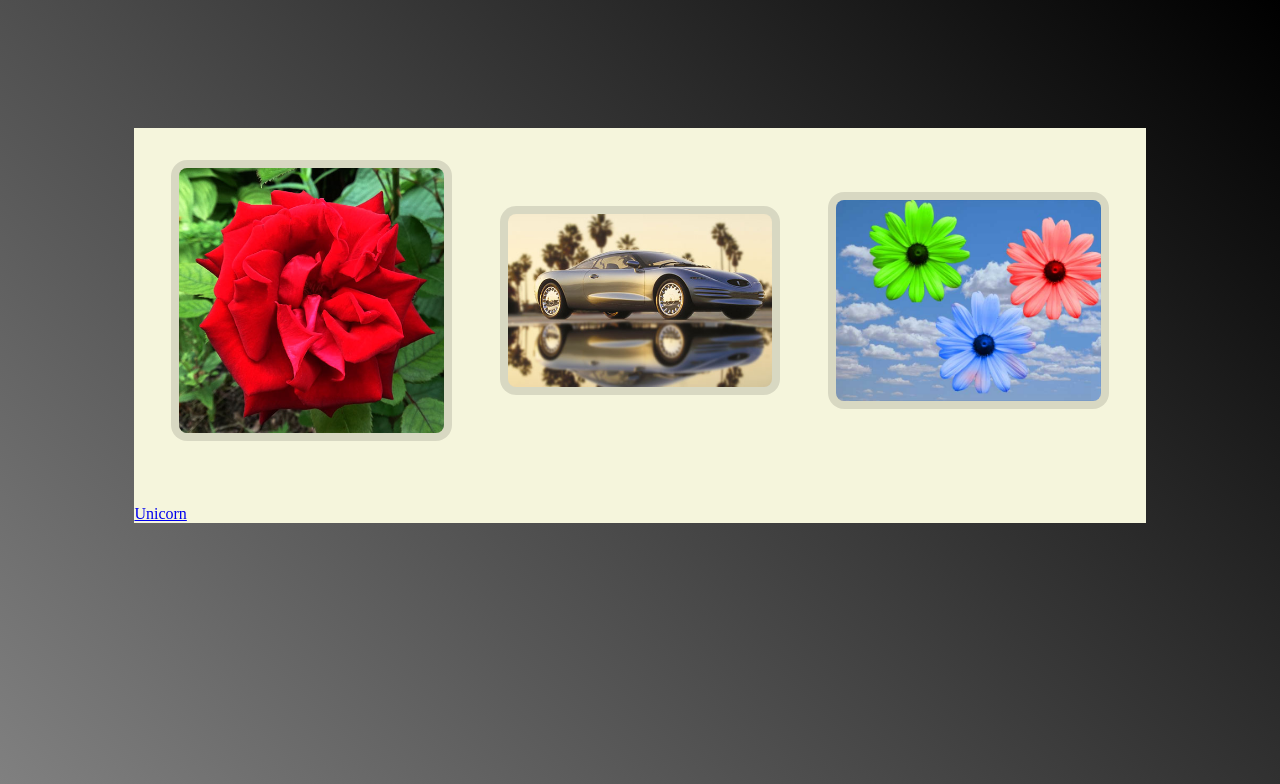
Repository: ViggoSkj/VGY
Page: ovningar/photoshopovning/photoshopovning.html
These files come from the project's save history. The page is drawn as it stood at one moment and after the next save; the edit follows.
The browser window is 1280 px wide. The pictures show the whole page.

Above is the page before, as saved 2022-11-27 12:11:49.

After the next save:
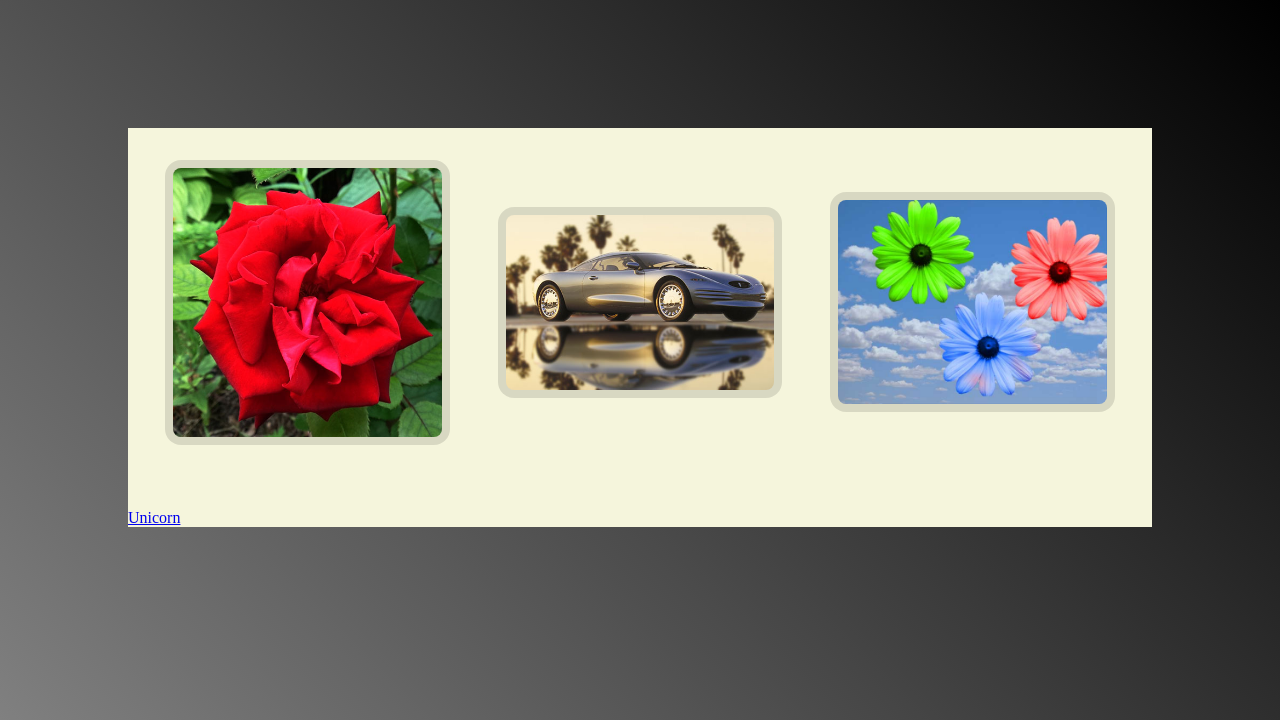
Saved 39 s later.
--- a/ovningar/photoshopovning/public/css/style.css
+++ b/ovningar/photoshopovning/public/css/style.css
@@ -1,7 +1,11 @@
 body
 {
     background-image: linear-gradient(45deg, gray, black);
-    height: 90vh;
+
+    height: 100%;
+    margin: 0;
+    background-repeat: no-repeat;
+    background-attachment: fixed;
 }
 
 .container
